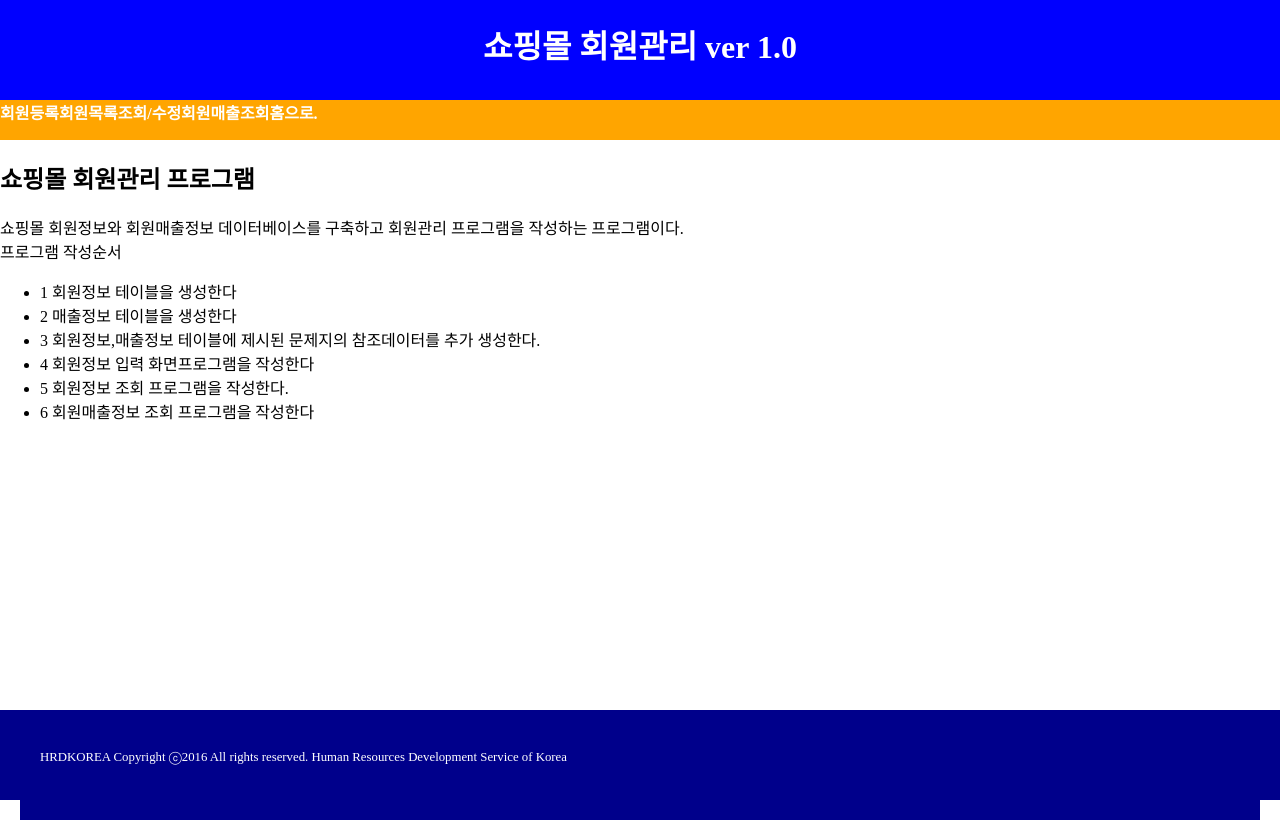
Repository: GotChun/DH_JSP
Page: http://localhost/HRD_1234/memberInfo.jsp
These files come from the project's save history. The page is drawn as it stood at one moment and after the next save; the edit follows.
The browser window is 1280 px wide. The pictures show the whole page.
The page is served by Tomcat 9. Other server files are loaded and not shown.

Above is the page before, as saved 2024-10-24 08:16:10.

### hrdkorea/HRD_1234/src/main/webapp/memberInfo.jsp
<%@ page language="java" contentType="text/html; charset=UTF-8"
    pageEncoding="UTF-8"%>
<!DOCTYPE html>
<html>
<head>
<meta charset="UTF-8">
<title>Insert title here</title>
<style>
	body{margin:0;padding:0;}

	section{height:calc(100vh - 170px);}
</style>
</head>

<body>

<div class="wrapper">
	<%@ include file="layout/header.jsp" %>
	<section>
		<div>
			<h2>쇼핑몰 회원관리 프로그램</h2>
		</div>
		<div>
			쇼핑몰 회원정보와 회원매출정보 데이터베이스를 구축하고 회원관리 프로그램을 작성하는 프로그램이다.
		</div>
		<div>
			프로그램 작성순서
		</div>
		<div>
			<ul>
			<li>1 회원정보 테이블을 생성한다</li>
			<li>2 매출정보 테이블을 생성한다</li>
			<li>3 회원정보,매출정보 테이블에 제시된 문제지의 참조데이터를 추가 생성한다.</li>
			<li>4 회원정보 입력 화면프로그램을 작성한다</li>
			<li>5 회원정보 조회 프로그램을 작성한다.</li>
			<li>6 회원매출정보 조회 프로그램을 작성한다</li>
			</ul>
		</div>

	</section>

	<footer>
	<%@ include file="layout/footer.jsp" %>

	</footer>
</div>


</body>
</html>

### hrdkorea/HRD_1234/src/main/webapp/layout/header.jsp
<%@ page language="java" contentType="text/html; charset=UTF-8"
	pageEncoding="UTF-8"%>
<style>
header {
	height: 100px;
	background-color: blue;
	color: white;
	display:flex;
	justify-content:center;
	text-align:center;
}
nav{height:40px;
	background-color:orange;}
nav>ul{
	list-style:none;margin:0;padding:0;
	display:flex;
	justify-content:left;
	align-items:center;}
nav>ul>li>a{
	display:block;
	text-decoration:none;
	color:white;
	font-weight:600;}

</style>


<header>
	<h1>쇼핑몰 회원관리 ver 1.0</h1>
</header>
<nav>
	<ul>
		<li><a href="">회원등록</a></li>
		<li><a href="">회원목록조회/수정</a></li>
		<li><a href="">회원매출조회</a></li>
		<li><a href="">홈으로.</a></li>
	</ul>
</nav>

### hrdkorea/HRD_1234/src/main/webapp/layout/footer.jsp
<%@ page language="java" contentType="text/html; charset=UTF-8"
    pageEncoding="UTF-8"%>
<style>
	footer{
		height:50px;
		padding:20px;
		background-color:darkblue;
		color:white;
		font-size:.8rem;
		}
</style>

    <footer>
    	HRDKOREA Copyright ⓒ2016 All rights reserved. Human Resources Development Service of Korea
    </footer>

After the next save:
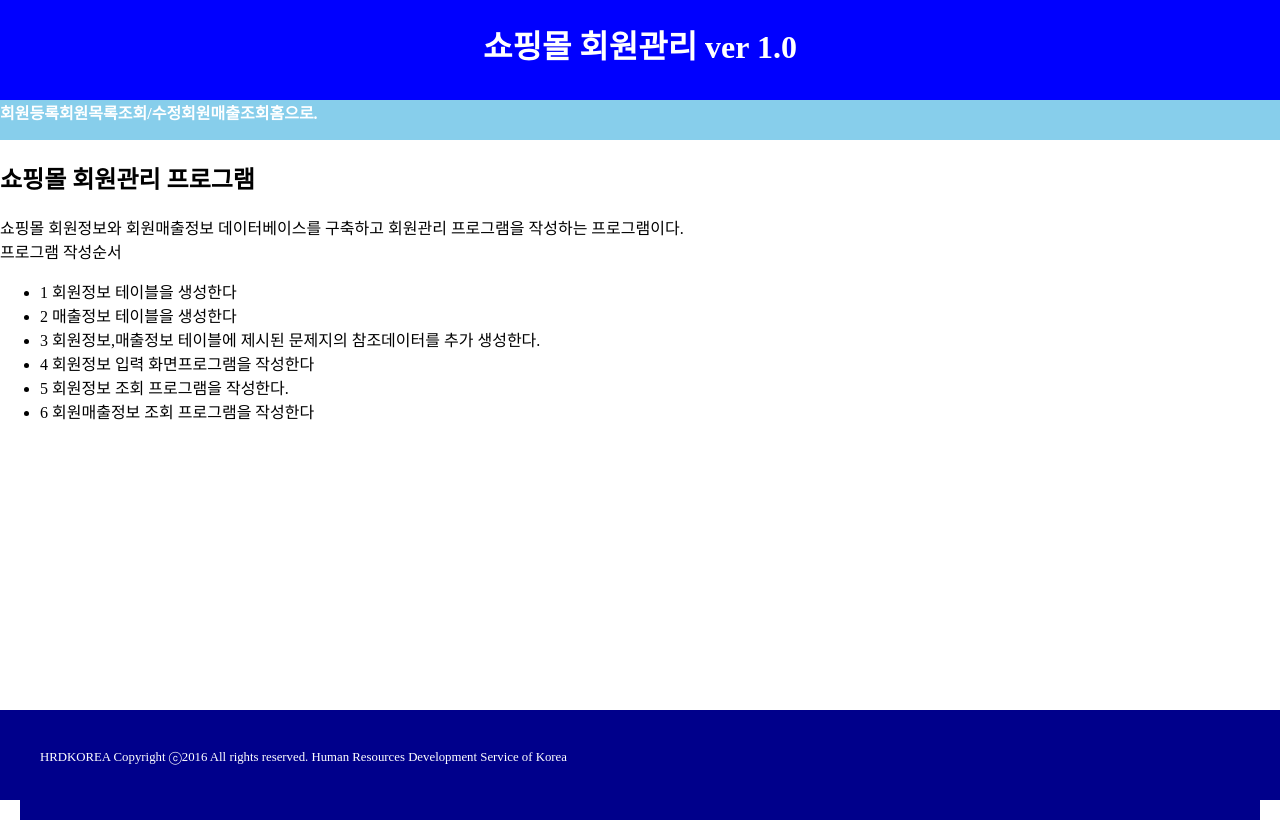
Saved 9 s later.
--- a/hrdkorea/HRD_1234/src/main/webapp/layout/header.jsp
+++ b/hrdkorea/HRD_1234/src/main/webapp/layout/header.jsp
@@ -10,7 +10,7 @@ header {
 	text-align:center;
 }
 nav{height:40px;
-	background-color:orange;}
+	background-color:skyblue;}
 nav>ul{
 	list-style:none;margin:0;padding:0;
 	display:flex;
